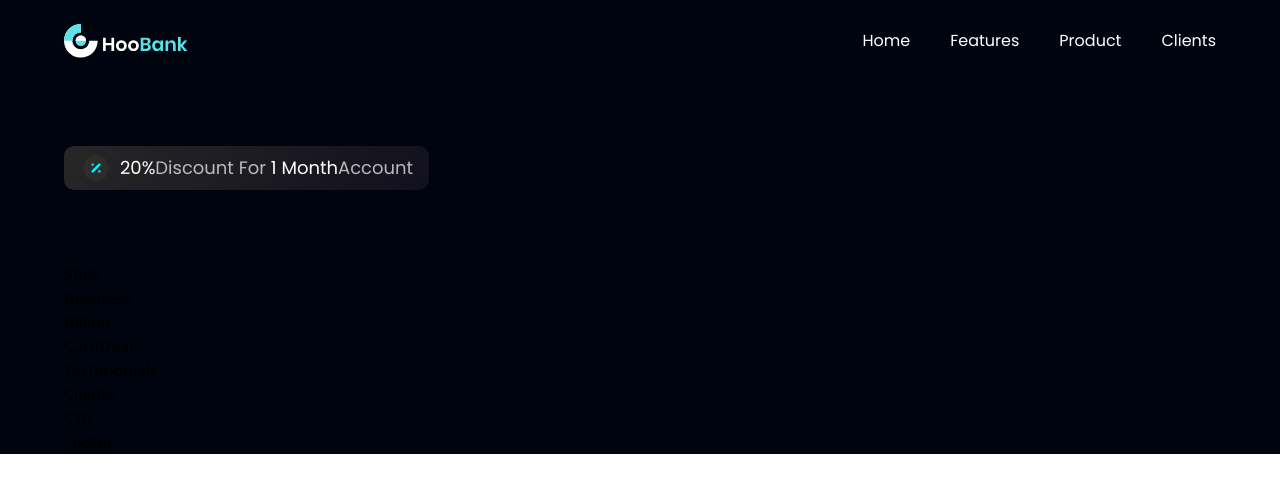
Repository: Carlito-Pedida/modern-app
Page: /
These files come from the project's save history. The page is drawn as it stood at one moment and after the next save; the edit follows.
The browser window is 1280 px wide. The pictures show the whole page.
The project was rebuilt for these pictures with package versions that can differ from the ones it lists, and the page was loaded fresh each time. Also part of the build but not shown: vite.config.js.

Above is the page before, as saved 2024-11-16 07:10:30.

### src/App.jsx
import styles from "./style";
import {
  Navbar,
  Billing,
  CardDeal,
  Business,
  Clients,
  CTA,
  Stats,
  Footer,
  Testimonials,
  Hero,
} from "./components";

const App = () =>  {
  return (
    <div className="bg-primary w-full overflow-hidden">
      <div className={`${styles.paddingX} ${styles.flexCenter}`}>
        <div className={`${styles.boxWidth}`}>
          <Navbar/>
        </div>
      </div>

      <div className={`bg-primary ${styles.flexStart}`}>
        <div className={`${styles.boxWidth}`}>
          <Hero/>
        </div>
      </div>

      <div className={`bg-primary ${styles.paddingX} ${styles.flexStart}`}>
        <div className={`${styles.boxWidth}`}>
          <Stats/>
          <Business/>
          <Billing/>
          <CardDeal/>
          <Testimonials/>
          <Clients/>
          <CTA/>
          <Footer/>
        </div>
      </div>

    </div>
  )
}

export default App

### src/style.js
const styles = {
  boxWidth: "xl:max-w-[1280px] w-full",

  heading2: "font-poppins font-semibold xs:text-[48px] text-[40px] text-white xs:leading-[76.8px] leading-[66.8px] w-full",
  paragraph: "font-poppins font-normal text-dimWhite text-[18px] leading-[30.8px]",

  flexCenter: "flex justify-center items-center",
  flexStart: "flex justify-center items-start",

  paddingX: "sm:px-16 px-6",
  paddingY: "sm:py-16 py-6",
  padding: "sm:px-16 px-6 sm:py-12 py-4",

  marginX: "sm:mx-16 mx-6",
  marginY: "sm:my-16 my-6",
};

export const layout = {
  section: `flex md:flex-row flex-col ${styles.paddingY}`,
  sectionReverse: `flex md:flex-row flex-col-reverse ${styles.paddingY}`,

  sectionImgReverse: `flex-1 flex ${styles.flexCenter} md:mr-10 mr-0 md:mt-0 mt-10 relative`,
  sectionImg: `flex-1 flex ${styles.flexCenter} md:ml-10 ml-0 md:mt-0 mt-10 relative`,

  sectionInfo: `flex-1 ${styles.flexStart} flex-col`,
};

export default styles;

### src/components/Navbar.jsx
import React from 'react';
import {useState} from "react";
import { close, logo, menu } from "../assets";
import {navLinks} from "../constants"

const Navbar = () => {
const [toggle, setToggle] = useState(false)

  return (
    <nav className="w-full flex py-6 justify-between items-center navbar">
      <img src={logo} alt='hoobank' className='w-[124px] h-[32px ]' />

      <ul className='list-none sm:flex hidden justify-end items-center flex-1'>
        { navLinks.map((nav, index) => (
          <li key={nav.id} className={`font-poppins font-normal cursor-pointer text-[16px] ${index === navLinks.length - 1 ? 'mr-0' : "mr-10"} text-white`}>
              <a href={`#${nav.id}`}>
                {nav.title}
              </a>
          </li>
        ))
        }
      </ul>

      <div className='sm:hidden flex flex-1 justify-end items-center'>
        <img src={toggle ? close : menu} alt='menu' className='w-[28px] h-[28px] object-contain' onClick={() => setToggle((prev) => !prev)} />

        <div className={`${toggle ? 'flex' : 'hidden'} p-6 bg-black-gradient absolute top-20 right-0 mx-4 my-2 min-w-[140px] rounded-xl sidebar`}>
        <ul className='list-none sm:flex flex-col justify-end items-center flex-1'>
        { navLinks.map((nav, index) => (
          <li key={nav.id} className={`font-poppins font-normal cursor-pointer text-[16px] ${index === navLinks.length - 1 ? 'mr-0' : "mb-4"} text-white`}>
              <a href={`#${nav.id}`}>
                {nav.title}
              </a>
          </li>
        ))
        }
      </ul>
        </div>
      </div>
    </nav>
  )
}

export default Navbar

### src/components/Hero.jsx
import styles from '../style'
import {discount, robot} from '../assets'

const Hero = () => (
    <section id='home' className={`flex md:flex flex-col ${styles.paddingY}`}>
        <div className={`flex-1 ${styles.flexStart} flex-col xl:px-0 sm:px-16`}>
      <div className='flex flex-row items-center py-[6px] px-4 bg-discount-gradient rounded-[10px] mb-2'>
        <img src={discount} alt='discount'
        className='w-[32px] h-[32px]' />
          <p className={`${styles.paragraph} ml-2`}>
          <span className='text-white'>20%</span>Discount For {" "}
          <span className='text-white'>1 Month</span>Account
        </p>
      </div>
        </div>
    </section>
  )


export default Hero

### src/assets/index.js
import airbnb from "./airbnb.png";
import bill from "./bill.png";
import binance from "./binance.png";
import card from "./card.png";
import coinbase from "./coinbase.png";
import dropbox from "./dropbox.png";
import logo from "./logo.svg";
import quotes from "./quotes.svg";
import robot from "./robot.png";
import send from "./Send.svg";
import shield from "./Shield.svg";
import star from "./Star.svg";
import menu from "./menu.svg";
import close from "./close.svg";
import google from "./google.svg";
import apple from "./apple.svg";
import arrowUp from "./arrow-up.svg";
import discount from "./Discount.svg";
import facebook from "./facebook.svg";
import instagram from "./instagram.svg";
import linkedin from "./linkedin.svg";
import twitter from "./twitter.svg";
import people01 from "./people01.png";
import people02 from "./people02.png";
import people03 from "./people03.png";

export {
  airbnb,
  bill,
  binance,
  card,
  coinbase,
  dropbox,
  logo,
  quotes,
  robot,
  send,
  shield,
  star,
  menu,
  close,
  google,
  apple,
  arrowUp,
  discount,
  facebook,
  instagram,
  linkedin,
  twitter,
  people01,
  people02,
  people03,
};

### src/constants/index.js
import { people01, people02, people03, facebook, instagram, linkedin, twitter, airbnb, binance, coinbase, dropbox, send, shield, star  } from "../assets";

export const navLinks = [
  {
    id: "home",
    title: "Home",
  },
  {
    id: "features",
    title: "Features",
  },
  {
    id: "product",
    title: "Product",
  },
  {
    id: "clients",
    title: "Clients",
  },
];

export const features = [
  {
    id: "feature-1",
    icon: star,
    title: "Rewards",
    content:
      "The best credit cards offer some tantalizing combinations of promotions and prizes",
  },
  {
    id: "feature-2",
    icon: shield,
    title: "100% Secured",
    content:
      "We take proactive steps make sure your information and transactions are secure.",
  },
  {
    id: "feature-3",
    icon: send,
    title: "Balance Transfer",
    content:
      "A balance transfer credit card can save you a lot of money in interest charges.",
  },
];

export const feedback = [
  {
    id: "feedback-1",
    content:
      "Money is only a tool. It will take you wherever you wish, but it will not replace you as the driver.",
    name: "Herman Jensen",
    title: "Founder & Leader",
    img: people01,
  },
  {
    id: "feedback-2",
    content:
      "Money makes your life easier. If you're lucky to have it, you're lucky.",
    name: "Steve Mark",
    title: "Founder & Leader",
    img: people02,
  },
  {
    id: "feedback-3",
    content:
      "It is usually people in the money business, finance, and international trade that are really rich.",
    name: "Kenn Gallagher",
    title: "Founder & Leader",
    img: people03,
  },
];

export const stats = [
  {
    id: "stats-1",
    title: "User Active",
    value: "3800+",
  },
  {
    id: "stats-2",
    title: "Trusted by Company",
    value: "230+",
  },
  {
    id: "stats-3",
    title: "Transaction",
    value: "$230M+",
  },
];

export const footerLinks = [
  {
    title: "Useful Links",
    links: [
      {
        name: "Content",
        link: "https://www.hoobank.com/content/",
      },
      {
        name: "How it Works",
        link: "https://www.hoobank.com/how-it-works/",
      },
      {
        name: "Create",
        link: "https://www.hoobank.com/create/",
      },
      {
        name: "Explore",
        link: "https://www.hoobank.com/explore/",
      },
      {
        name: "Terms & Services",
        link: "https://www.hoobank.com/terms-and-services/",
      },
    ],
  },
  {
    title: "Community",
    links: [
      {
        name: "Help Center",
        link: "https://www.hoobank.com/help-center/",
      },
      {
        name: "Partners",
        link: "https://www.hoobank.com/partners/",
      },
      {
        name: "Suggestions",
        link: "https://www.hoobank.com/suggestions/",
      },
      {
        name: "Blog",
        link: "https://www.hoobank.com/blog/",
      },
      {
        name: "Newsletters",
        link: "https://www.hoobank.com/newsletters/",
      },
    ],
  },
  {
    title: "Partner",
    links: [
      {
        name: "Our Partner",
        link: "https://www.hoobank.com/our-partner/",
      },
      {
        name: "Become a Partner",
        link: "https://www.hoobank.com/become-a-partner/",
      },
    ],
  },
];

export const socialMedia = [
  {
    id: "social-media-1",
    icon: instagram,
    link: "https://www.instagram.com/",
  },
  {
    id: "social-media-2",
    icon: facebook,
    link: "https://www.facebook.com/",
  },
  {
    id: "social-media-3",
    icon: twitter,
    link: "https://www.twitter.com/",
  },
  {
    id: "social-media-4",
    icon: linkedin,
    link: "https://www.linkedin.com/",
  },
];

export const clients = [
  {
    id: "client-1",
    logo: airbnb,
  },
  {
    id: "client-2",
    logo: binance,
  },
  {
    id: "client-3",
    logo: coinbase,
  },
  {
    id: "client-4",
    logo: dropbox,
  },
];

### tailwind.config.js
/** @type {import('tailwindcss').Config} */
module.exports = {
  content: ["./index.html", "./src/**/*.{js,jsx}"],
  mode: "jit",
  theme: {
    extend: {
      colors: {
        primary: "#00040f",
        secondary: "#00f6ff",
        dimWhite: "rgba(255, 255, 255, 0.7)",
        dimBlue: "rgba(9, 151, 124, 0.1)"
      },
      fontFamily: {
        poppins: ["Poppins", "sans-serif"]
      }
    },
    screens: {
      xs: "480px",
      ss: "620px",
      sm: "768px",
      md: "1060px",
      lg: "1200px",
      xl: "1700px"
    }
  },
  plugins: []
};

Loaded but not shown: index.html (common file); src/main.jsx (common file); src/index.css (common file); src/components/index.js (common file); src/components/Billing.jsx (common file); src/components/CardDeal.jsx (common file); src/components/Business.jsx (common file); src/components/Clients.jsx (common file); src/components/CTA.jsx (common file); src/components/Stats.jsx (common file); src/components/Footer.jsx (common file); src/components/Testimonials.jsx (common file)

After the next save:
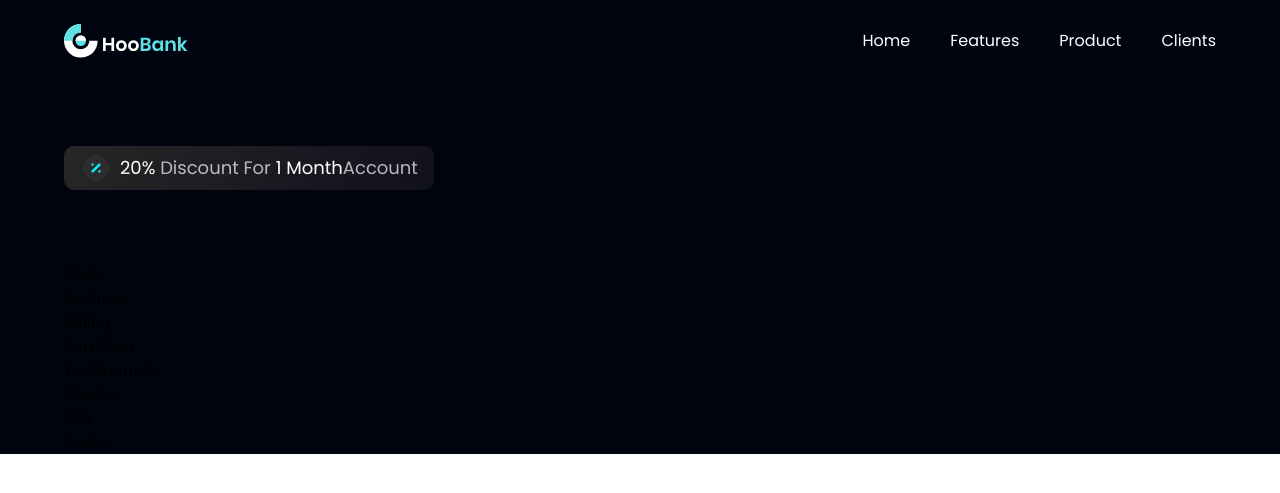
Saved 56 s later.
--- a/src/components/Hero.jsx
+++ b/src/components/Hero.jsx
@@ -8,7 +8,7 @@
         <img src={discount} alt='discount'
         className='w-[32px] h-[32px]' />
           <p className={`${styles.paragraph} ml-2`}>
-          <span className='text-white'>20%</span>Discount For {" "}
+          <span className='text-white'>20%</span> Discount For {" "}
           <span className='text-white'>1 Month</span>Account
         </p>
       </div>
